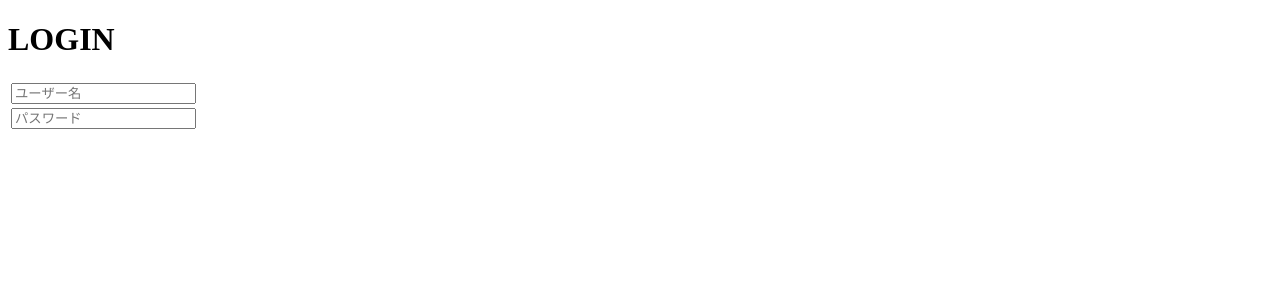
Repository: ryuhei0204/test
Page: http://localhost/Mytest/login.jsp
An editor plug-in stored every save of this project. The page is shown before and after the next save, followed by the edit.
The browser window is 1280 px wide. The pictures show the whole page.
The page is served by Tomcat 9. Other server files are loaded and not shown.

Above is the page before, as saved 2019-06-20 04:15:37.

### Mytest/WebContent/login.jsp
<%@ page language="java" contentType="text/html; charset=UTF-8"
    pageEncoding="UTF-8"%>
<!DOCTYPE html>
<html>
<head>
<meta http-equiv="Content-Type" content="text/html; charset=UTF-8">
<title>LOGIN画面</title>
</head>
<body>
<h1>LOGIN</h1>
<form action = "LoginConfirmAction" method = "post">
<table>
   <tr>
      <td><input type = "text" name = "userId" placeholder = "ユーザー名"/></td>
   </tr>
   <tr>
      <td><input type = "password" name = "password" placeholder = "パスワード"/></td>
   </tr>
</table>
</form>

</body>
</html>

After the next save:
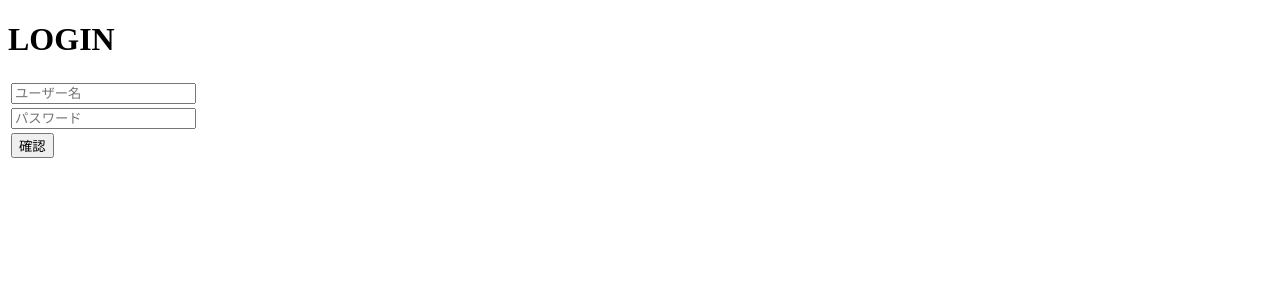
Saved 81 min 31 s later.
--- a/Mytest/WebContent/login.jsp
+++ b/Mytest/WebContent/login.jsp
@@ -16,6 +16,8 @@
    <tr>
       <td><input type = "password" name = "password" placeholder = "パスワード"/></td>
    </tr>
+   <tr>
+      <td><input type = "button" value = "確認"/></td>
 </table>
 </form>
 
